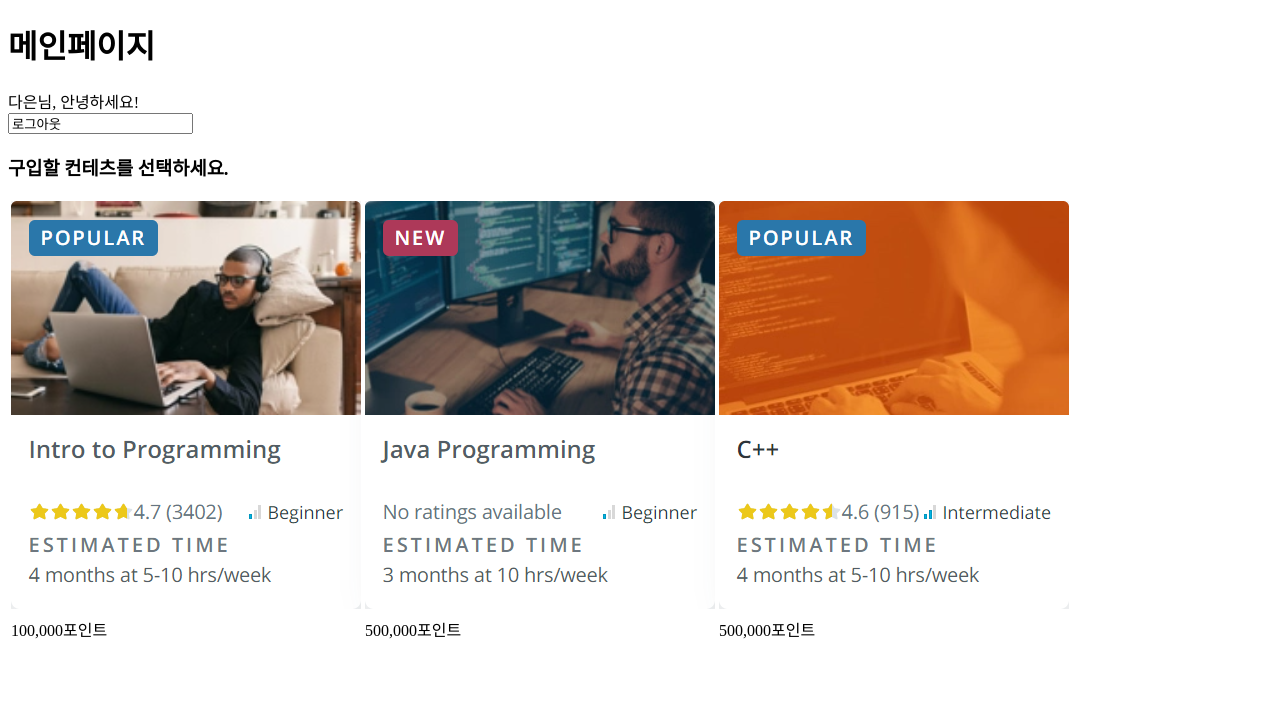
Repository: euniiee/test11
Page: http://localhost/Project/main.jsp
The author's editor kept a copy of each file at every save. The page is drawn from the files as they stood at one save, then again after the next save.
The browser window is 1280 px wide. The pictures show the whole page.
The page is served by Tomcat 9.

Above is the page before, as saved 2023-02-01 02:19:20.

After the next save:
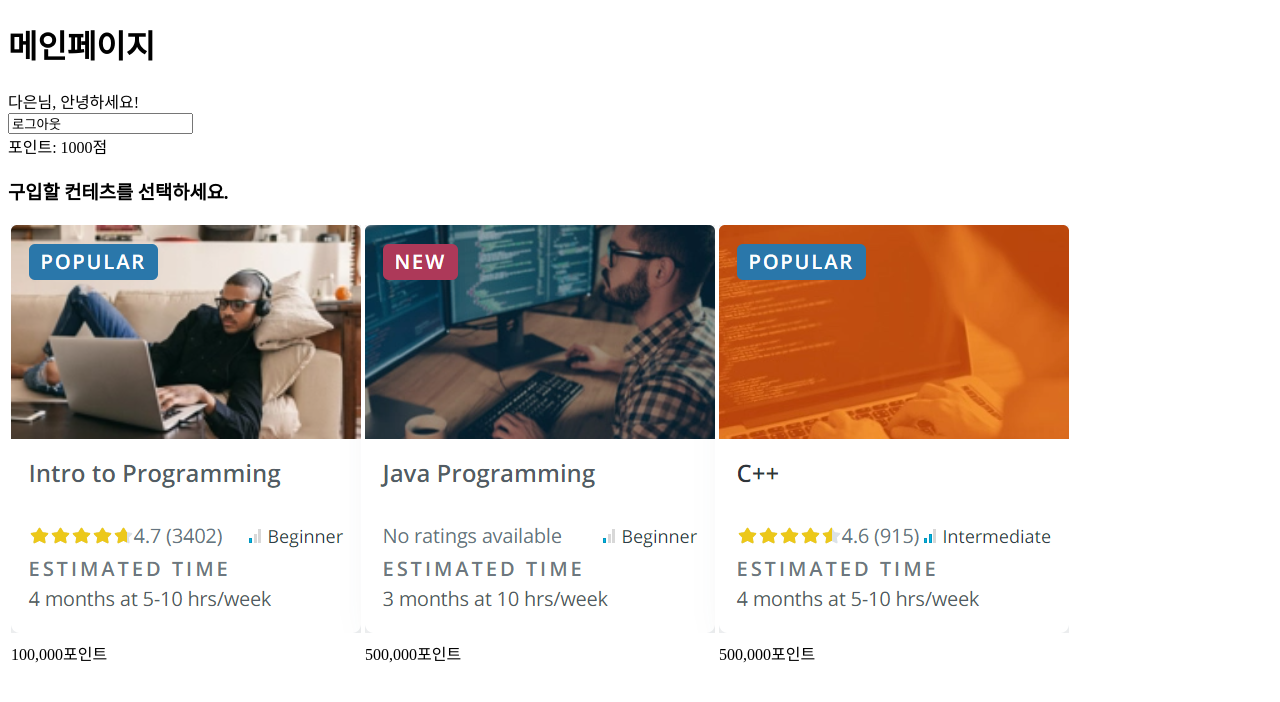
Saved 23 s later.
--- a/Project/WebContent/main.jsp
+++ b/Project/WebContent/main.jsp
@@ -15,7 +15,7 @@
 				<div>다은님, 안녕하세요!</div>
 				<input value="로그아웃">
 			</div>
-
+			<div>포인트: 1000점 </div>
 		</div>
 	</header>
 	<h3>구입할 컨테츠를 선택하세요.</h3>
